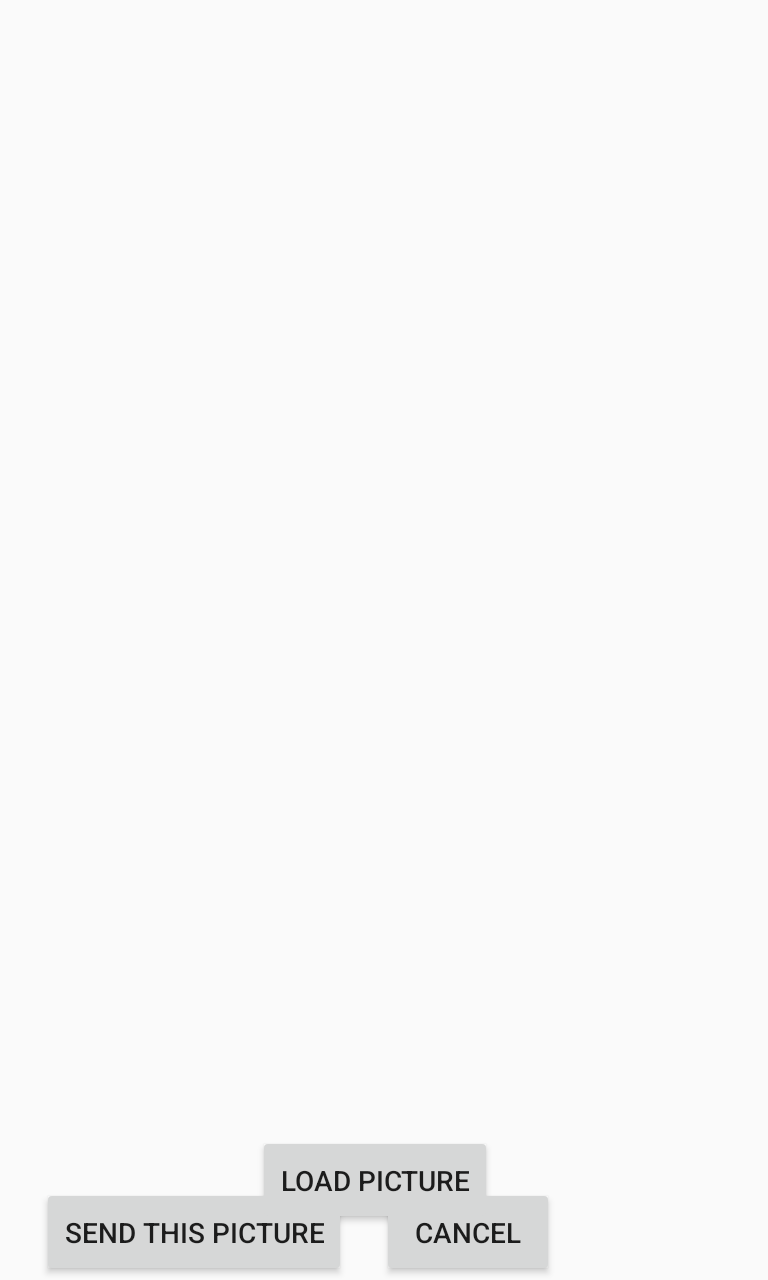
Repository: fareehaamjad/SMI-Image-Sharing-Application
Layout: SecurePictureTransfer/res/layout/activity_main.xml
The author's editor kept a copy of each file at every save. The layout is drawn from the files as they stood at one save, then again after the next save.
It is drawn on a 768 x 1280 px phone screen (xhdpi) without system bars, with theme AppTheme; the app's code is not run.

Above is the layout before, as saved 2014-04-22 09:44:58.

After the next save:
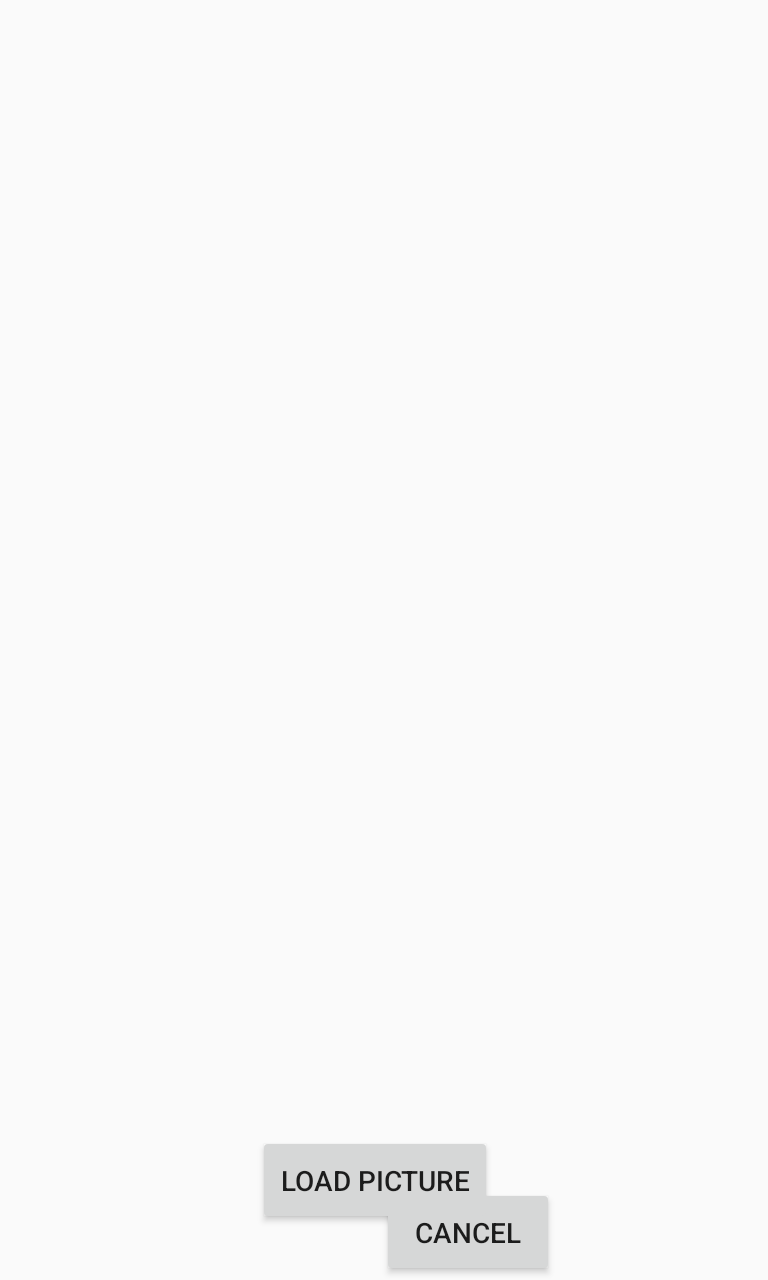
Saved 26 s later.
--- a/SecurePictureTransfer/res/layout/activity_main.xml
+++ b/SecurePictureTransfer/res/layout/activity_main.xml
@@ -17,7 +17,7 @@
 	    android:layout_alignParentLeft="true"
 	    android:layout_marginLeft="20dp"
 	    android:layout_weight="0"
-	    android:visibility="hidden"
+	    android:visibility="invisible"
 	    android:text="Send this Picture" />
 
 	<Button
